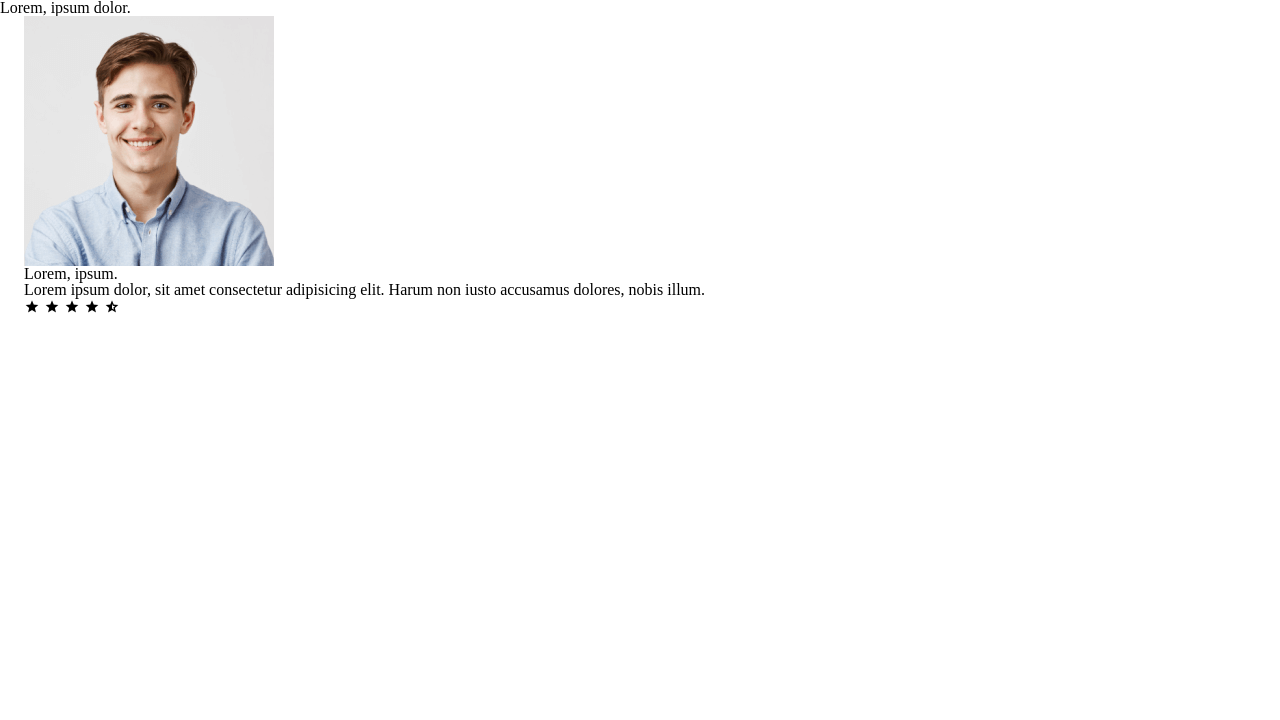
Repository: dinhhaidh/slider-3
Page: index.html
The author's editor kept a copy of each file at every save. The page is drawn from the files as they stood at one save, then again after the next save.
The browser window is 1280 px wide. The pictures show the whole page.

Above is the page before, as saved 2024-03-22 21:51:09.

After the next save:
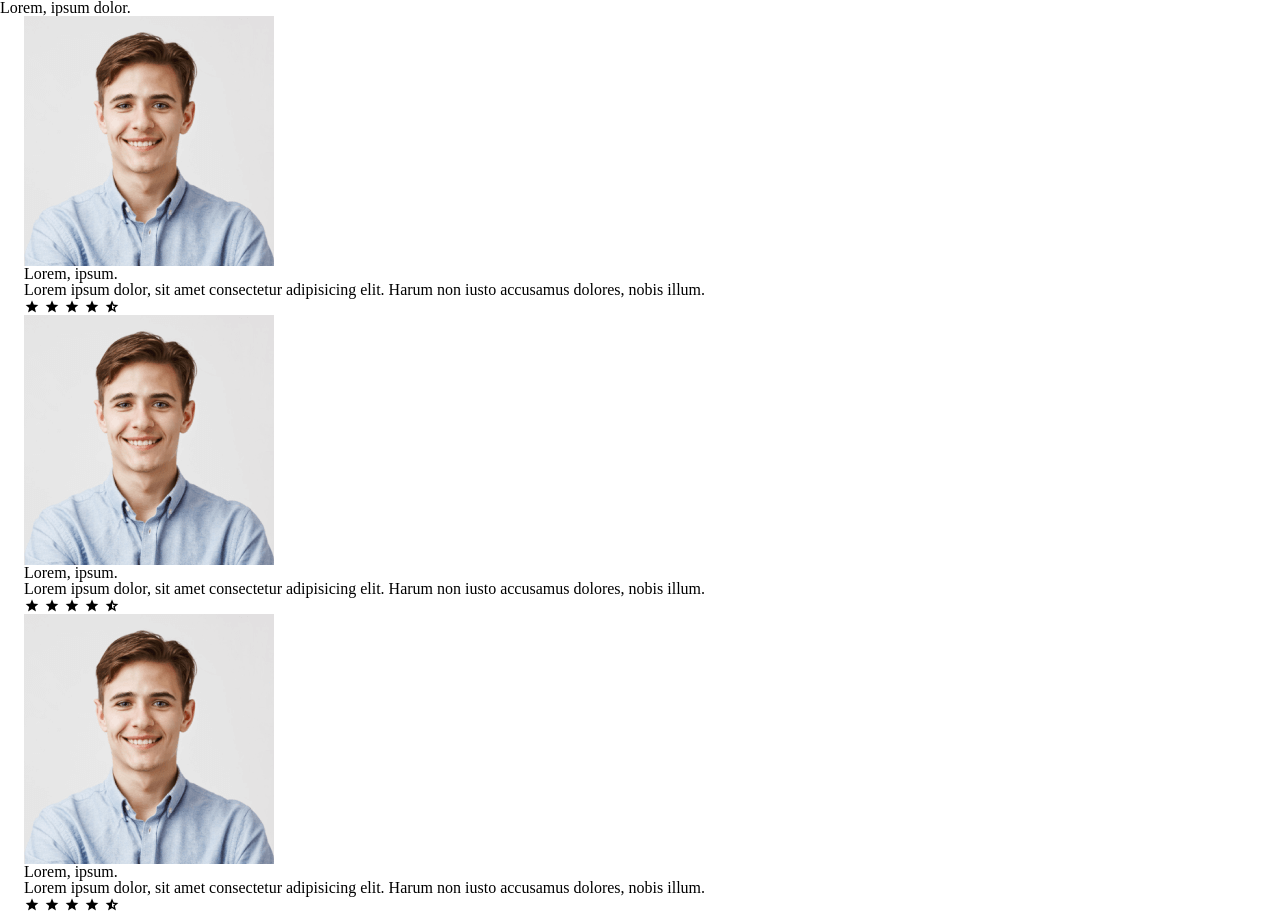
Saved 4 s later.
--- a/index.html
+++ b/index.html
@@ -36,6 +36,38 @@
                             <i class="ri-star-half-s-line"></i>
                         </div>
                     </article>
+                    <article class="new__card new__article">
+                        <img src="./img1.png" alt="" class="new__img">
+                        <h3 class="new__subtitle">
+                            Lorem, ipsum.
+                        </h3>
+                        <p class="new__description">
+                            Lorem ipsum dolor, sit amet consectetur adipisicing elit. Harum non iusto accusamus dolores, nobis illum.
+                        </p>
+                        <div class="new__stars">
+                            <i class="ri-star-s-fill"></i>
+                            <i class="ri-star-s-fill"></i>
+                            <i class="ri-star-s-fill"></i>
+                            <i class="ri-star-s-fill"></i>
+                            <i class="ri-star-half-s-line"></i>
+                        </div>
+                    </article>
+                    <article class="new__card new__article">
+                        <img src="./img1.png" alt="" class="new__img">
+                        <h3 class="new__subtitle">
+                            Lorem, ipsum.
+                        </h3>
+                        <p class="new__description">
+                            Lorem ipsum dolor, sit amet consectetur adipisicing elit. Harum non iusto accusamus dolores, nobis illum.
+                        </p>
+                        <div class="new__stars">
+                            <i class="ri-star-s-fill"></i>
+                            <i class="ri-star-s-fill"></i>
+                            <i class="ri-star-s-fill"></i>
+                            <i class="ri-star-s-fill"></i>
+                            <i class="ri-star-half-s-line"></i>
+                        </div>
+                    </article>
                 </div>
             </div>
         </div>
